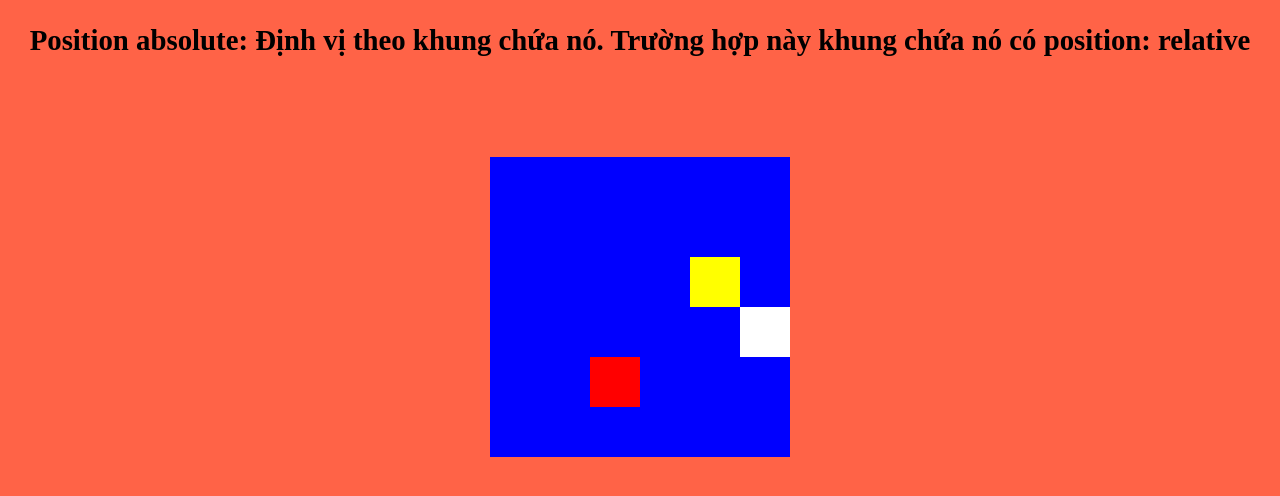
Repository: tandoan-teaching/teaching
Page: ltt/web/exercises/exercise2/position/absolute.html
These files come from the project's save history. The page is drawn as it stood at one moment and after the next save; the edit follows.
The browser window is 1280 px wide. The pictures show the whole page.

Above is the page before, as saved 2024-03-23 08:10:53.

### ltt/web/exercises/exercise2/position/absolute.html
<!DOCTYPE html>
<html>

<head>
    <meta http-equiv="Content-Type" content="text/html; charset=UTF-8">
    <style>
        body {
            background: tomato;
            font-size: larger;
            text-align: center;
            margin: 0;
            padding: 0;
        }

        .relative {
            height: 300px;
            width: 300px;
            margin: 100px auto;
            background: blue;
            /* Để áp dụng cho position absolute */
            position: relative;
        }

        .absolute {
            position: absolute;
            height: 50px;
            width: 50px;
        }

        .red {
            top: 200px;
            left: 100px;
            background: red;
        }

        .yellow {
            top: 100px;
            left: 200px;
            background: yellow;
        }

        .white {
            top: 150px;
            left: 250px;
            background: white;
        }
    </style>
</head>

<body>
    <h2>Position absolute: Định vị theo khung chứa nó. Trường hợp này khung chứa nó có position: relative</h2>
    <div class="relative">

        <div class="absolute red"></div>
        <div class="absolute yellow"></div>
        <div class="absolute white"></div>

    </div>
</body>

</html>

After the next save:
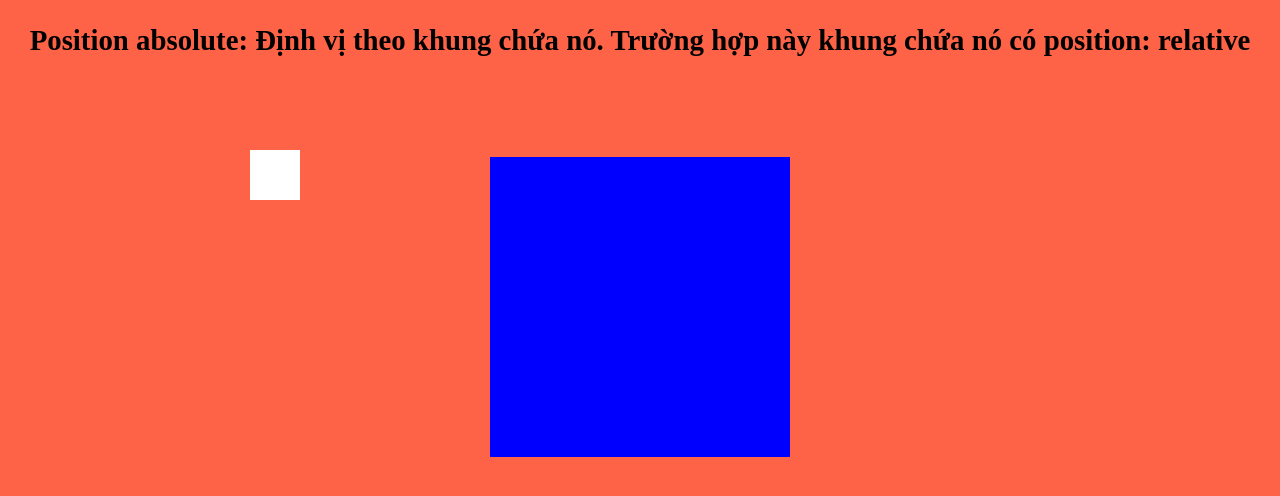
Saved 13 min 26 s later.
--- a/ltt/web/exercises/exercise2/position/absolute.html
+++ b/ltt/web/exercises/exercise2/position/absolute.html
@@ -18,7 +18,7 @@
             margin: 100px auto;
             background: blue;
             /* Để áp dụng cho position absolute */
-            position: relative;
+
         }
 
         .absolute {
@@ -51,8 +51,12 @@
     <h2>Position absolute: Định vị theo khung chứa nó. Trường hợp này khung chứa nó có position: relative</h2>
     <div class="relative">
 
-        <div class="absolute red"></div>
+        <!-- <div class="absolute red"></div>
         <div class="absolute yellow"></div>
+        <div class="absolute white"></div> -->
+
+        <div class="red"></div>
+        <div class="yellow"></div>
         <div class="absolute white"></div>
 
     </div>
